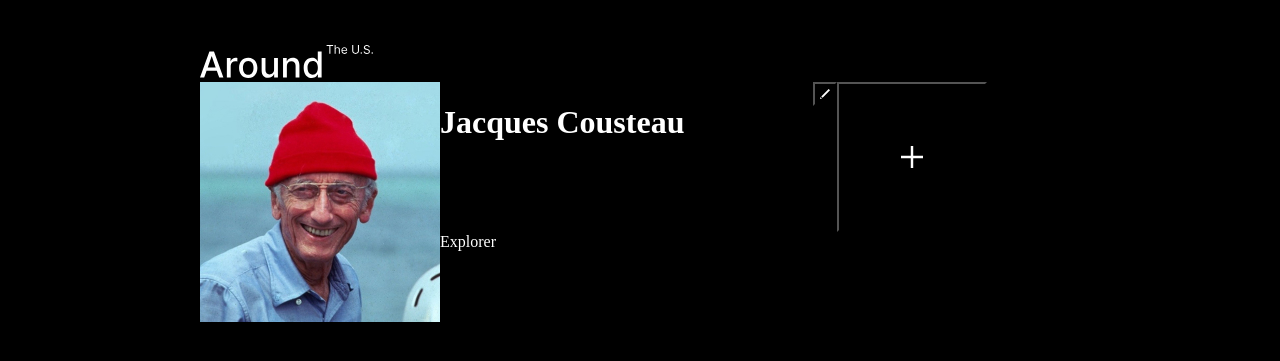
Repository: al-XLeMEsTRE/Around-The-U.S
Page: index.html
These files come from the project's save history. The page is drawn as it stood at one moment and after the next save; the edit follows.
The browser window is 1280 px wide. The pictures show the whole page.

Above is the page before, as saved 2023-12-12 14:02:23.

After the next save:
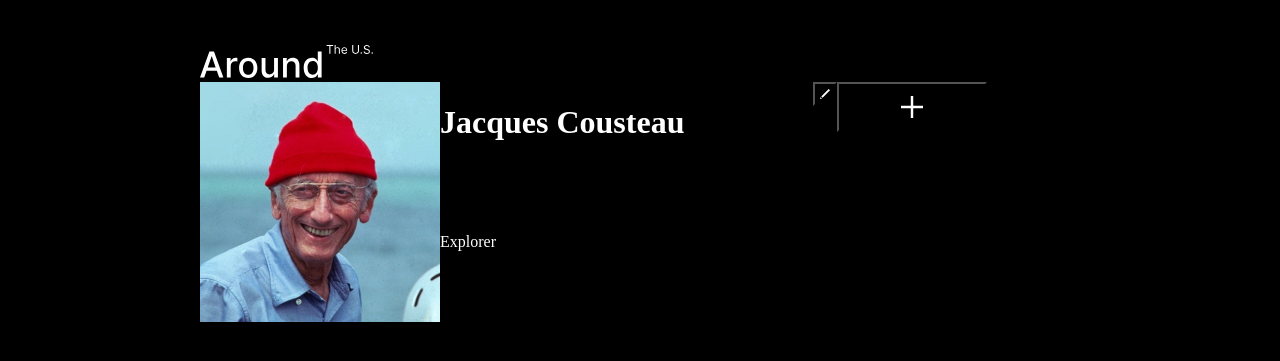
Saved 44 s later.
--- a/blocks/page.css
+++ b/blocks/page.css
@@ -30,5 +30,5 @@
 .profile__add-button {
   background: transparent url(../images/add-button.svg) center no-repeat;
   width: 150px;
-  height: 150px;
+  height: 50px;
 }
